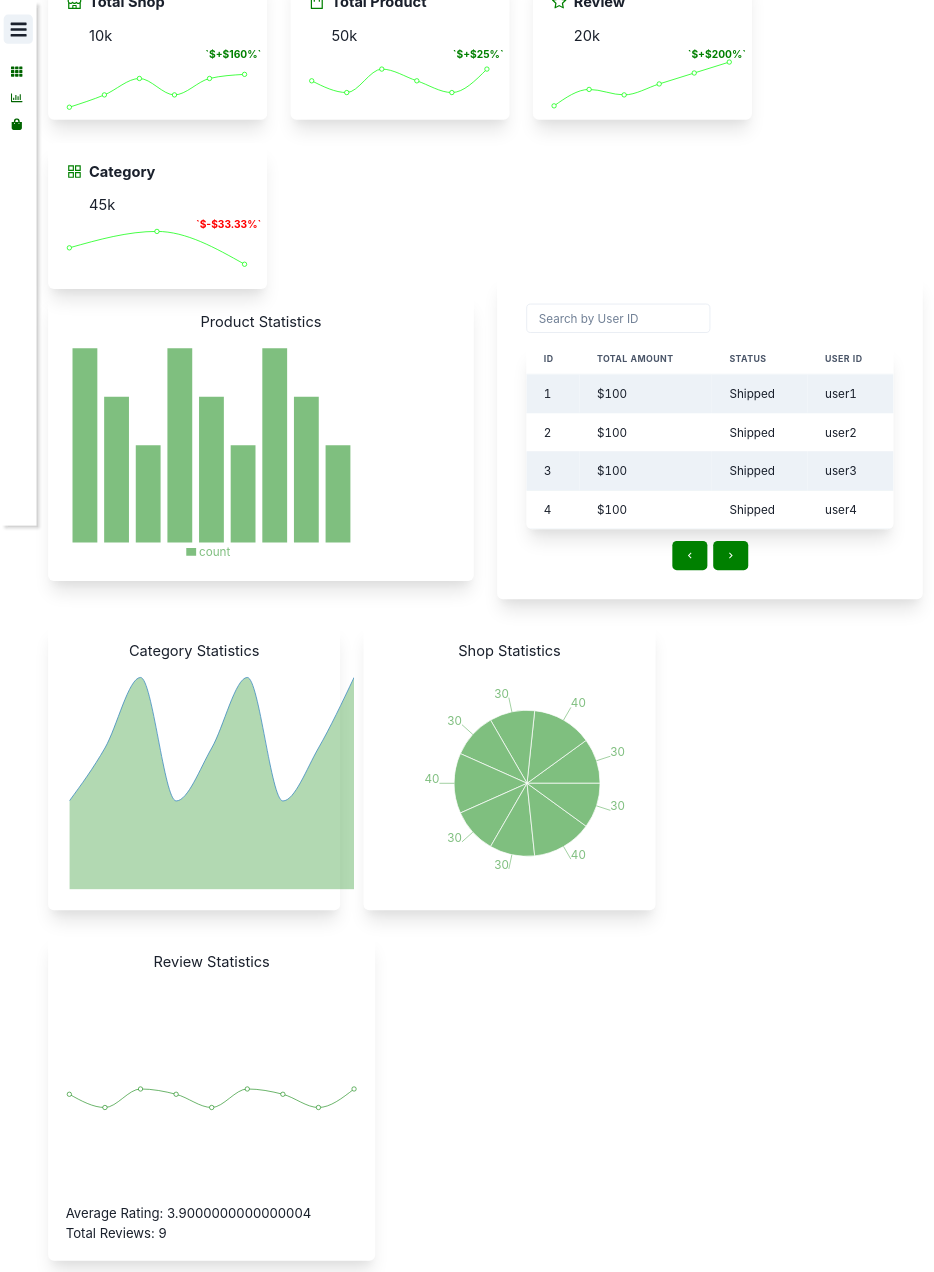
Repository: Andarg01/chakra-dashboard
Page: /dashboard
An editor plug-in stored every save of this project. The page is shown before and after the next save, followed by the edit.
The browser window is 1280 px wide. The pictures show the whole page, at 73% of full size.
The project was rebuilt for these pictures with package versions that can differ from the ones it lists, and the page was loaded fresh each time. Also part of the build but not shown: src/components/ProductModal.tsx, src/components/ProductTable.tsx, src/pages/ProductList.tsx, src/components/RecentSalesTable.tsx, src/components/PopularProductsPage.tsx, src/pages/Analytics.tsx.

Above is the page before, as saved 2024-03-18 00:36:20.

After the next save:
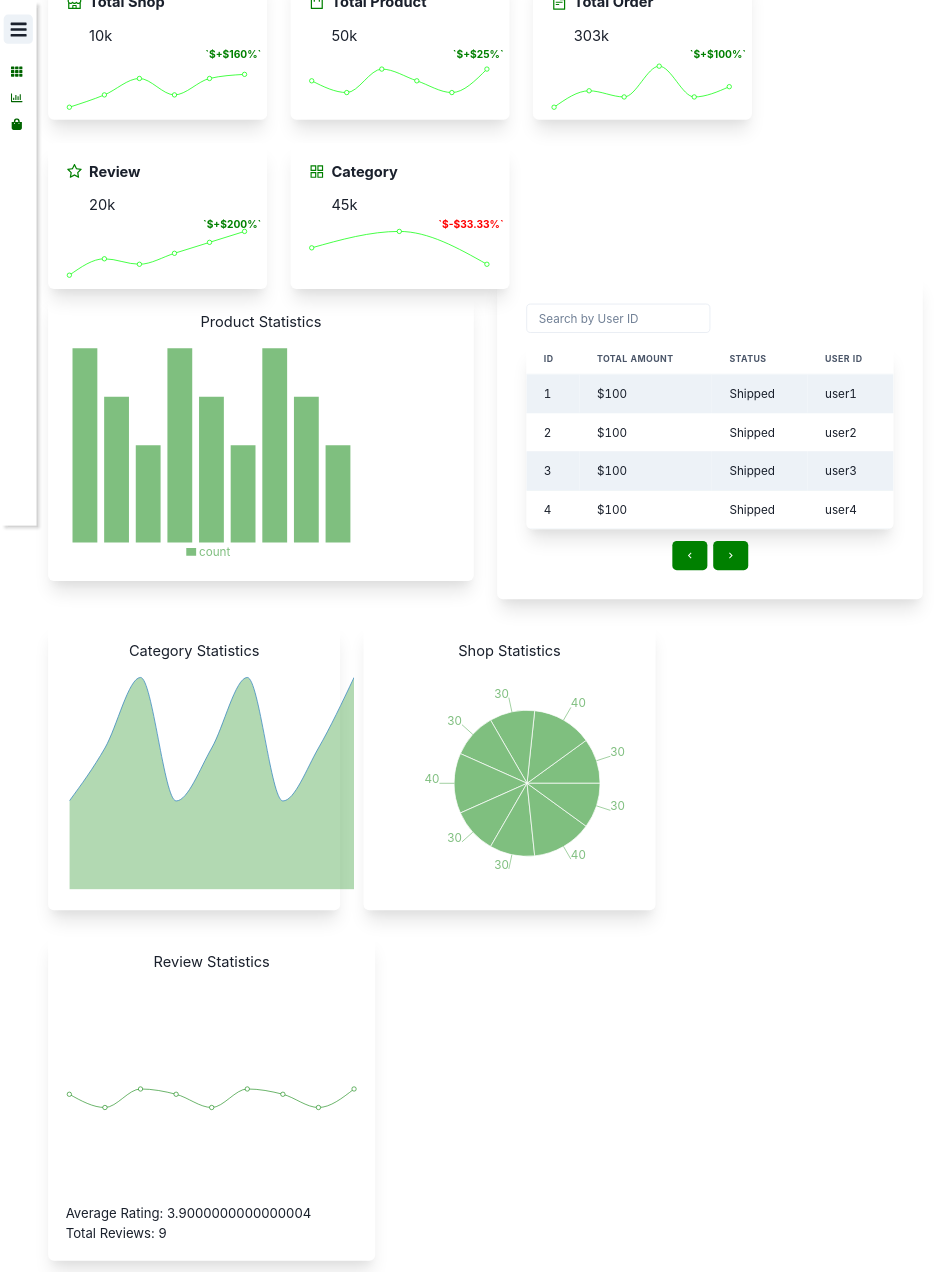
Saved 50 s later.
--- a/src/components/AnalyticalCard.tsx
+++ b/src/components/AnalyticalCard.tsx
@@ -242,7 +242,7 @@ const FullAnalyticsPage: React.FC = () => {
       <Flex direction="row" align="center" wrap="wrap">
         <AnalyticsCard title="Total Shop" value={10} data={shopData} icon={<AiOutlineShop size={24} />} />
         <AnalyticsCard title="Total Product" value={50} data={productData} icon={<AiOutlineShopping size={24} />} />
-        {/* <AnalyticsCard title="Total Order" value={303} data={orderData} icon={<AiOutlineFileText size={24} />} /> */}
+        <AnalyticsCard title="Total Order" value={303} data={orderData} icon={<AiOutlineFileText size={24} />} />
         <AnalyticsCard title="Review" value={20} data={reviewData} icon={<AiOutlineStar size={24} />} />
         <AnalyticsCard title="Category" value={45} data={categoryData} icon={< AiOutlineAppstore size={24} />} />
       </Flex>
